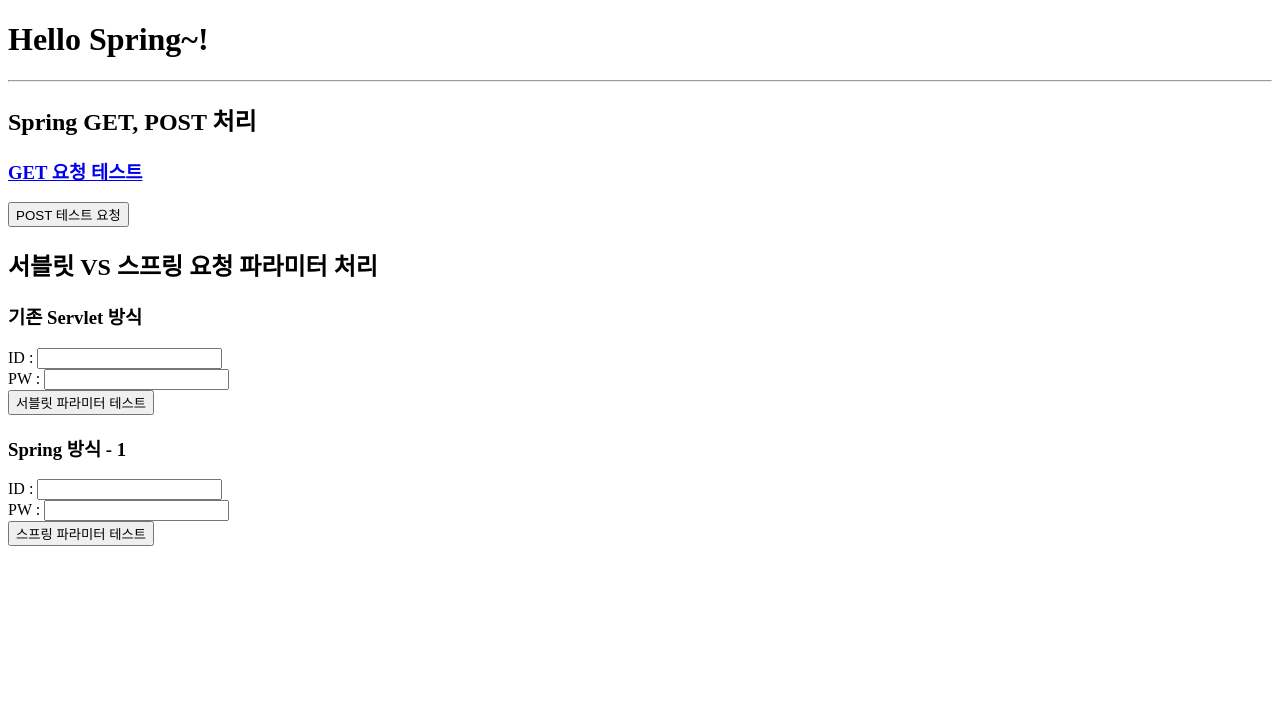
Repository: wona-owo/Spring
Page: http://localhost/00_spring/
An editor plug-in stored every save of this project. The page is shown before and after the next save, followed by the edit.
The browser window is 1280 px wide. The pictures show the whole page.
The page is served by Tomcat 9.

Above is the page before, as saved 2024-12-02 05:13:31.

After the next save:
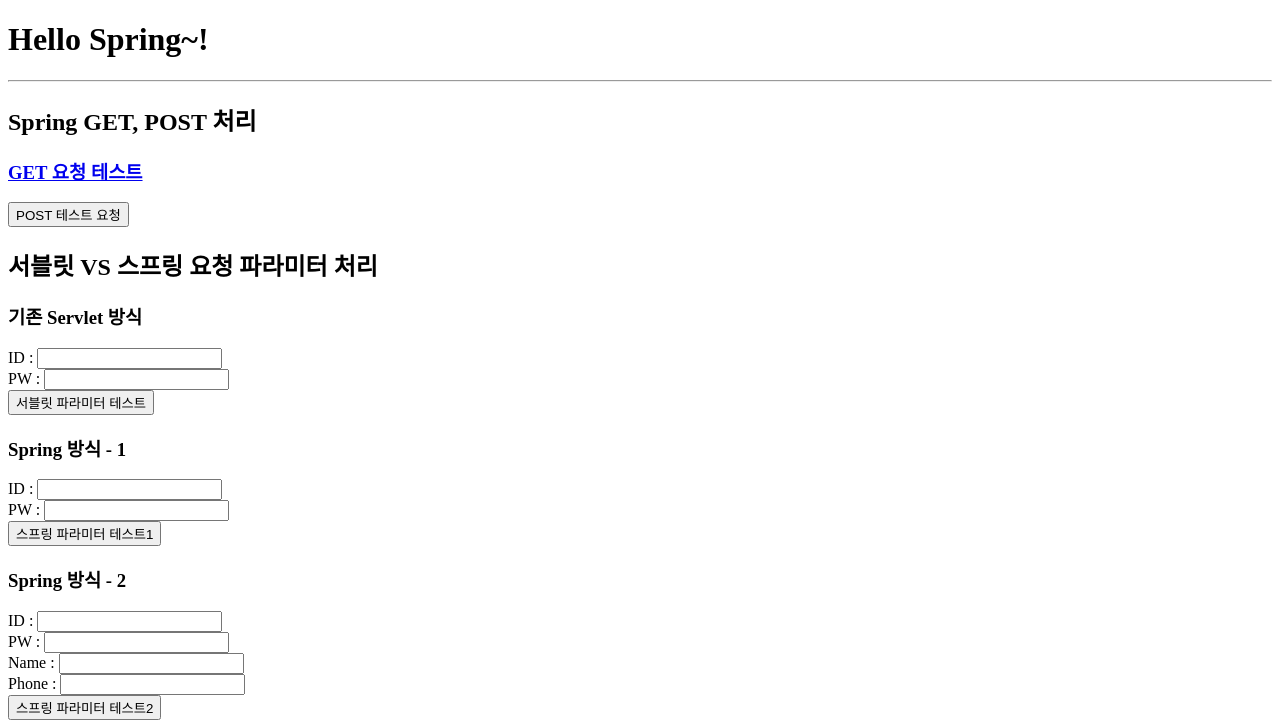
Saved 2 min 4 s later.
--- a/00_spring/src/main/webapp/index.jsp
+++ b/00_spring/src/main/webapp/index.jsp
@@ -57,7 +57,16 @@
 	 <form action="/springParamTest.kh" method="post">
 	 	ID : <input type="text" name="testId"> <br>
 	 	PW : <input type="text" name="testPw"> <br>
-	 	<input type="submit" value="스프링 파라미터 테스트">
+	 	<input type="submit" value="스프링 파라미터 테스트1">
+	 </form>
+
+	 <h3>Spring 방식 - 2</h3>
+	 <form action="/springParamTest2.kh" method="post">
+		ID : <input type="text" name="memberId"> <br>
+	 	PW : <input type="text" name="memberPw"> <br>
+	 	Name : <input type="text" name="memberName"> <br>
+	 	Phone : <input type="text" name="memberPhone"> <br>
+	 	<input type="submit" value="스프링 파라미터 테스트2">
 	 </form>
 </body>
 </html>
